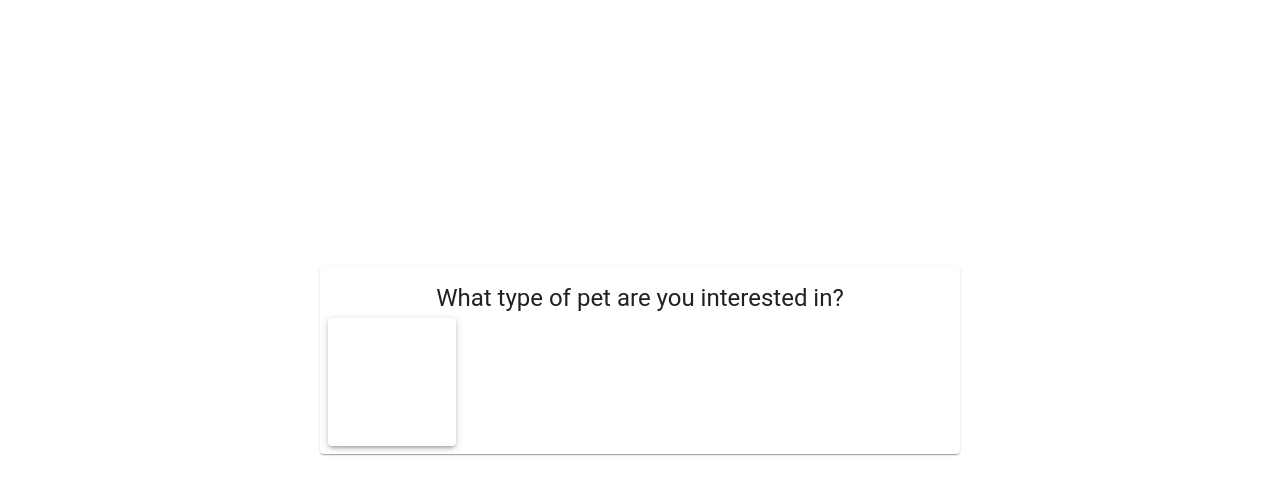
Repository: watthananick1/petstory
Page: /
An editor plug-in stored every save of this project. The page is shown before and after the next save, followed by the edit.
The browser window is 1280 px wide. The pictures show the whole page.
The project was rebuilt for these pictures with package versions that can differ from the ones it lists, and the page was loaded fresh each time.

Above is the page before, as saved 2023-03-25 14:22:33.

### src/index.tsx
import React from 'react';
import ReactDOM from 'react-dom/client';
import './index.css';
import App from './App';
import reportWebVitals from './reportWebVitals';
import { BrowserRouter } from 'react-router-dom';

const root = ReactDOM.createRoot(document.getElementById('root') as HTMLElement);
root.render(
    <React.StrictMode>
        <BrowserRouter>
            <App />
        </BrowserRouter>
    </React.StrictMode>
);

// If you want to start measuring performance in your app, pass a function
// to log results (for example: reportWebVitals(console.log))
// or send to an analytics endpoint. Learn more: https://bit.ly/CRA-vitals
reportWebVitals();

### src/App.tsx
import logo from './assets/logo.svg';
import styles from './App.module.scss';
import { Menu } from './components/menu/menu';
import { Container } from './components/container/container';
import { Navbar } from './components/navbar/navbar';
import { Posts } from './components/posts/posts';
import Login from './components/login/login';
import SignUp from './components/sign-up/sign-up';
import CardTypePet from './components/card-type-pet/card-type-pet';
import { Route, Routes } from 'react-router';

function App() {
    return (
        // <div className={styles.App}>
        //     <Navbar />
        //     <Menu />
        //     <Container />
        //     <Posts />
        // </div>
        <div>
            <Routes>
                {/* <Route id="login" path="/" element={<Login />} />
                <Route id="signUp" path="/signUp" element={<SignUp />} /> */}
                {/* <Route path="/home" element={<Home />} /> */}
                <Route path="/" element={<CardTypePet />} />
            </Routes>
        </div>
    );
}

export default App;

### src/components/card-type-pet/card-type-pet.tsx
import * as React from 'react';
import { styled } from '@mui/material/styles';
import Box from '@mui/material/Box';
import ButtonBase from '@mui/material/ButtonBase';
import Typography from '@mui/material/Typography';
import { Card, CardContent, Paper } from '@mui/material';

const images = [
    {
        url: 'https://firebasestorage.googleapis.com/v0/b/pet-story-f51e3.appspot.com/o/mainData%2FimgTypePet%2Fcat.jpg?alt=media&token=758765ef-8887-4d21-88d9-0f803717e977',
        title: 'Cat',
        width: '30%',
    },
    {
        url: '/static/images/buttons/burgers.jpg',
        title: 'Burgers',
        width: '30%',
    },
    {
        url: '/static/images/buttons/camera.jpg',
        title: 'Camera',
        width: '30%',
    },
];

const ImageButton = styled(ButtonBase)(({ theme }) => ({
    position: 'relative',
    height: 200,
    [theme.breakpoints.down('sm')]: {
        width: '100% !important', // Overrides inline-style
        height: '5%',
    },
    '&:hover, &.Mui-focusVisible': {
        zIndex: 1,
        '& .MuiImageBackdrop-root': {
            opacity: 0.15,
        },
        '& .MuiImageMarked-root': {
            opacity: 0,
        },
        '& .MuiTypography-root': {
            border: '4px solid currentColor',
        },
    },
}));

const ImageSrc = styled('span')({
    position: 'absolute',
    left: 0,
    right: 0,
    top: 0,
    bottom: 0,
    backgroundSize: 'cover',
    backgroundPosition: 'center 40%',
});

const Image = styled('span')(({ theme }) => ({
    position: 'absolute',
    left: 0,
    right: 0,
    top: 0,
    bottom: 0,
    display: 'flex',
    alignItems: 'center',
    justifyContent: 'center',
    color: theme.palette.common.white,
}));

const ImageBackdrop = styled('span')(({ theme }) => ({
    position: 'absolute',
    left: 0,
    right: 0,
    top: 0,
    bottom: 0,
    backgroundColor: theme.palette.common.black,
    opacity: 0.4,
    transition: theme.transitions.create('opacity'),
}));

// const ImageMarked = styled('span')(({ theme }) => ({
//     height: 3,
//     width: 18,
//     backgroundColor: theme.palette.common.white,
//     position: 'absolute',
//     bottom: -2,
//     left: 'calc(50% - 9px)',
//     transition: theme.transitions.create('opacity'),
// }));

export default function CardTypePet() {
    return (
        <div style={{ display: 'flex', alignItems: 'center', height: '100vh'}}>
            <Card sx={{ minWidth: '50%', margin: '0 auto' }}>
                <CardContent>
                    <Typography gutterBottom variant="h5" style={{alignItems: 'center', textAlign: 'center', height: 3}} component="div">
                      What type of pet are you interested in?
                    </Typography >
                </CardContent>
                <Box
                  sx={{
                    display: 'flex',
                    flexWrap: 'wrap',
                    '& > :not(style)': {
                      m: 1,
                      width: 128,
                      height: 128,
                    },
                  }}
                >
                  <Paper elevation={3} />
                </Box>
                {/* <Box sx={{ display: 'flex',maxWidth: '100%', width: '100%' }}>
                    {images.map((image) => (
                        <ImageButton
                            focusRipple
                            key={image.title}
                            style={{
                                width: 'auto',
                            }}
                            onClick={() => console.log(`Clicked on ${image.title}`)}
                        >
                            <ImageSrc style={{ backgroundImage: `url(${image.url})` }} />
                            <ImageBackdrop className="MuiImageBackdrop-root" />
                            <Image>
                                <Typography
                                    component="span"
                                    variant="subtitle1"
                                    color="inherit"
                                    sx={{
                                        position: 'relative',
                                        p: 4,
                                        pt: 2,
                                        pb: (theme) => `calc(${theme.spacing(1)} + 2px)`,
                                    }}
                                >
                                    {image.title}
                                </Typography>
                            </Image>
                        </ImageButton>
                    ))}
                </Box> */}
            </Card>
        </div>
    );
}

Loaded but not shown: public/index.html (common file); src/index.css (common file); src/reportWebVitals.ts (common file)

After the next save:
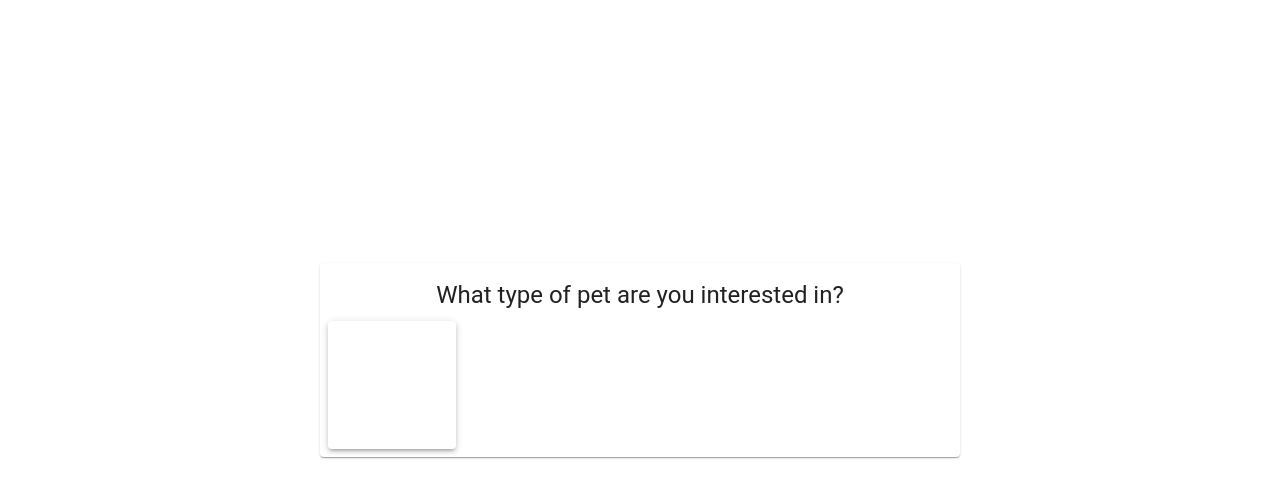
Saved 6 s later.
--- a/src/components/card-type-pet/card-type-pet.tsx
+++ b/src/components/card-type-pet/card-type-pet.tsx
@@ -92,7 +92,7 @@ export default function CardTypePet() {
         <div style={{ display: 'flex', alignItems: 'center', height: '100vh'}}>
             <Card sx={{ minWidth: '50%', margin: '0 auto' }}>
                 <CardContent>
-                    <Typography gutterBottom variant="h5" style={{alignItems: 'center', textAlign: 'center', height: 3}} component="div">
+                    <Typography gutterBottom variant="h5" style={{alignItems: 'center', textAlign: 'center', height: 10}} component="div">
                       What type of pet are you interested in?
                     </Typography >
                 </CardContent>
